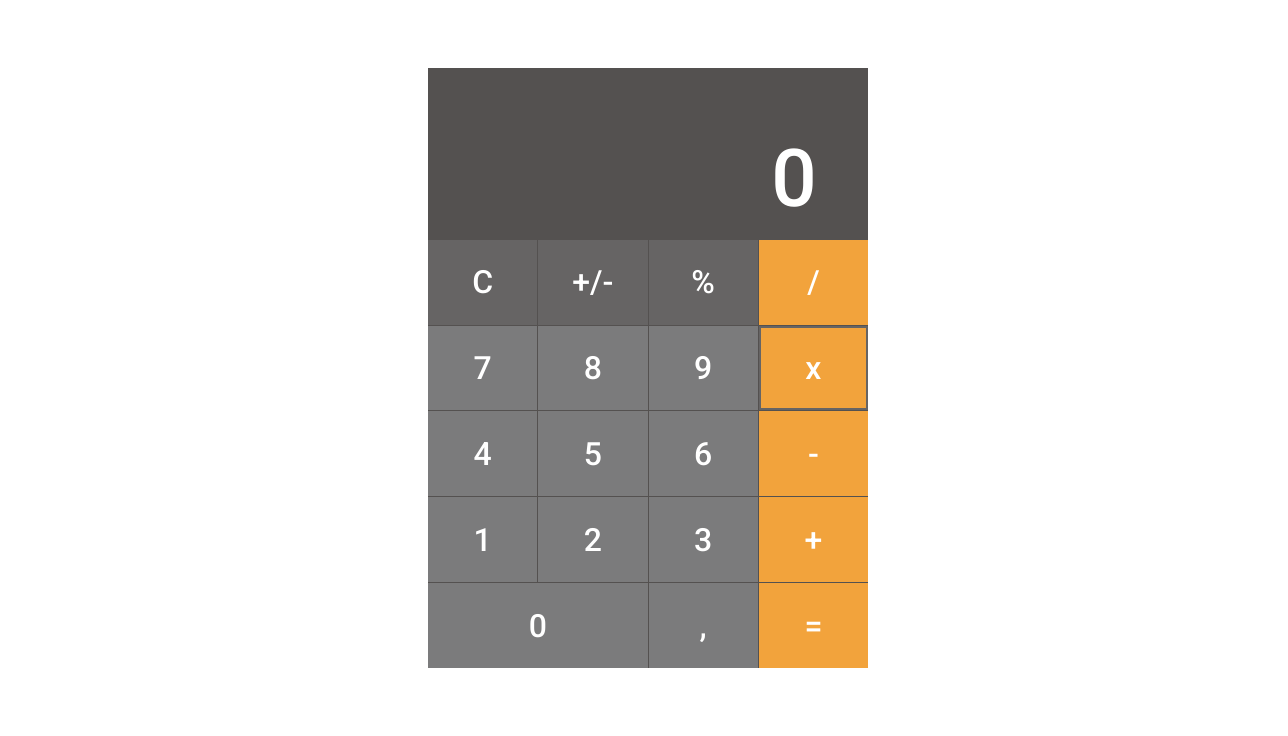
Repository: maciekto/calculatorOOP
Page: index.html
These files come from the project's save history. The page is drawn as it stood at one moment and after the next save; the edit follows.
The browser window is 1280 px wide. The page is 1288 px wide, so the pictures cover 1288 px, including what lies to the right of the window. The pictures show the whole page.
After loading, the first visible `div.Calc__multiply` was clicked once.

Above is the page before, as saved 2022-07-15 20:36:49.

After the next save:
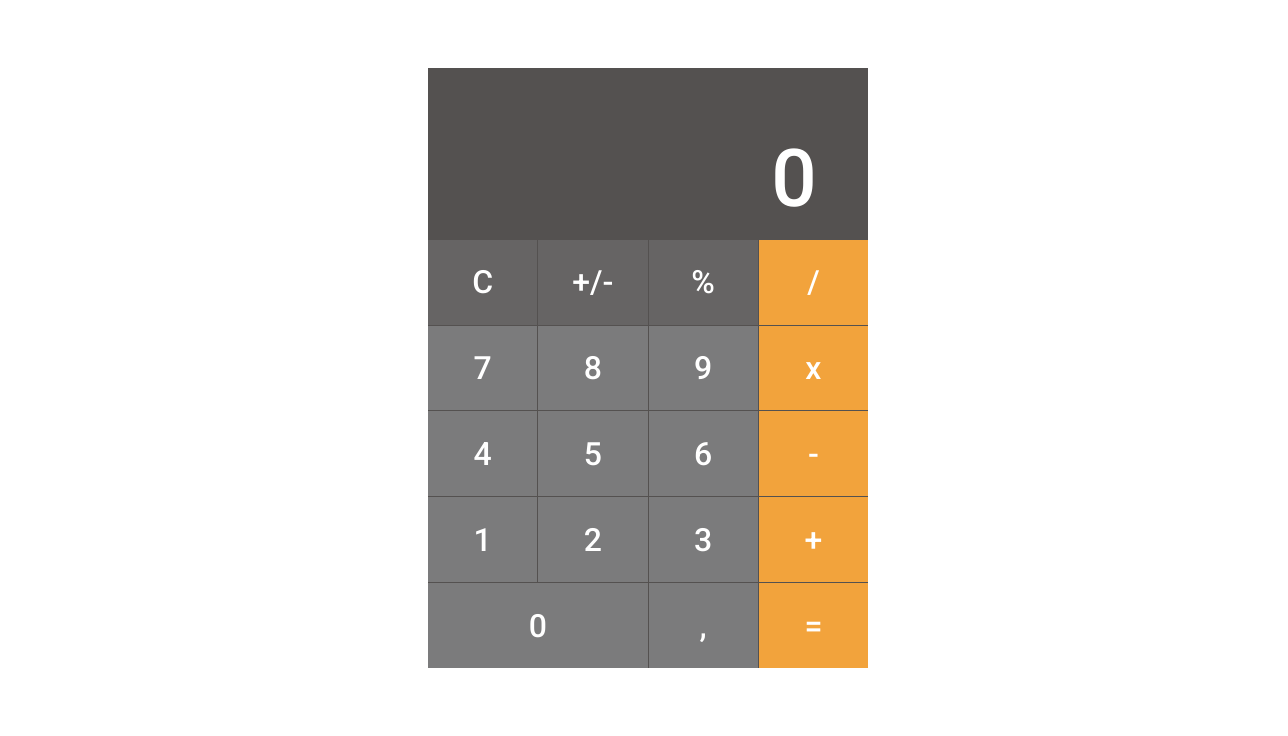
Saved 68 s later.
--- a/js.js
+++ b/js.js
@@ -49,10 +49,10 @@
 
 
 function select(e) {
-    console.log(e)
     AC.innerHTML = 'C';
     const selectedField = e.target.innerHTML;
-    switch(selectedField) {
+    const clickedKey = e.key;
+    switch(selectedField && clickedKey) {
         // MULTIPLY
         case 'x':
 

After the save that followed:
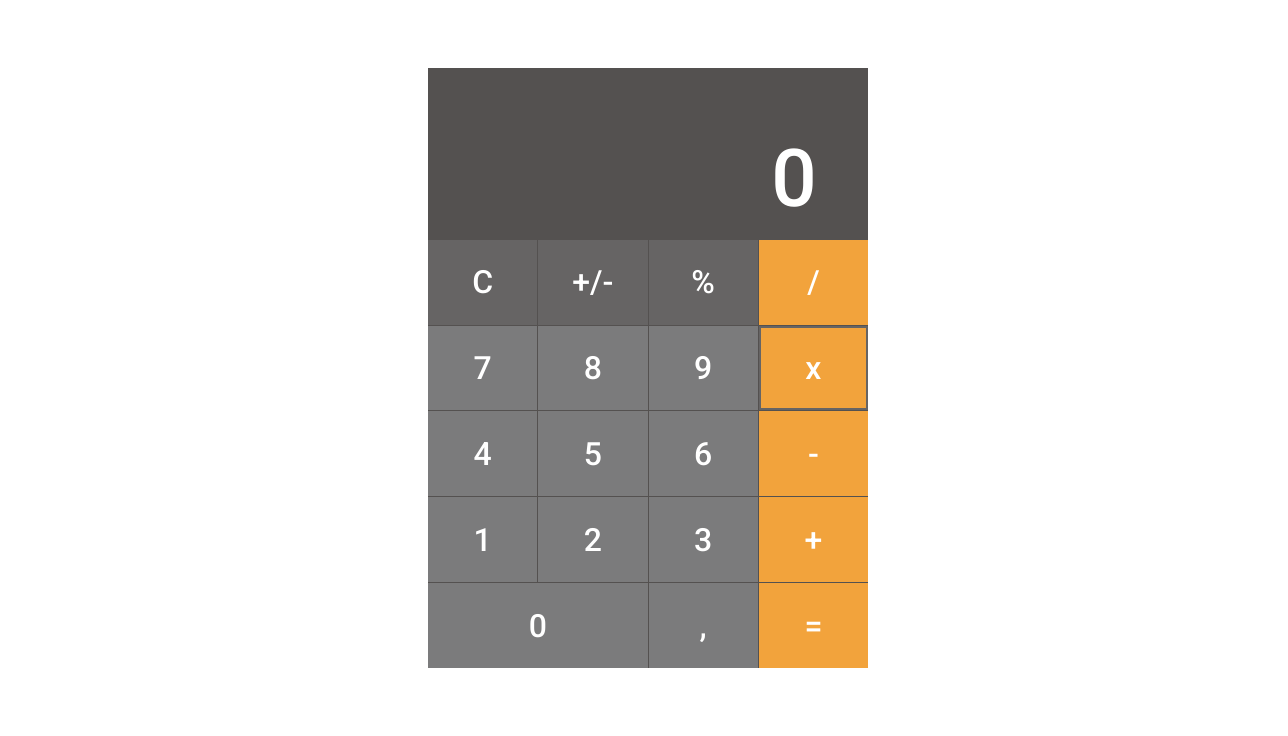
Saved 22 s later.
--- a/js.js
+++ b/js.js
@@ -52,7 +52,7 @@
     AC.innerHTML = 'C';
     const selectedField = e.target.innerHTML;
     const clickedKey = e.key;
-    switch(selectedField && clickedKey) {
+    switch(selectedField || clickedKey) {
         // MULTIPLY
         case 'x':
 
